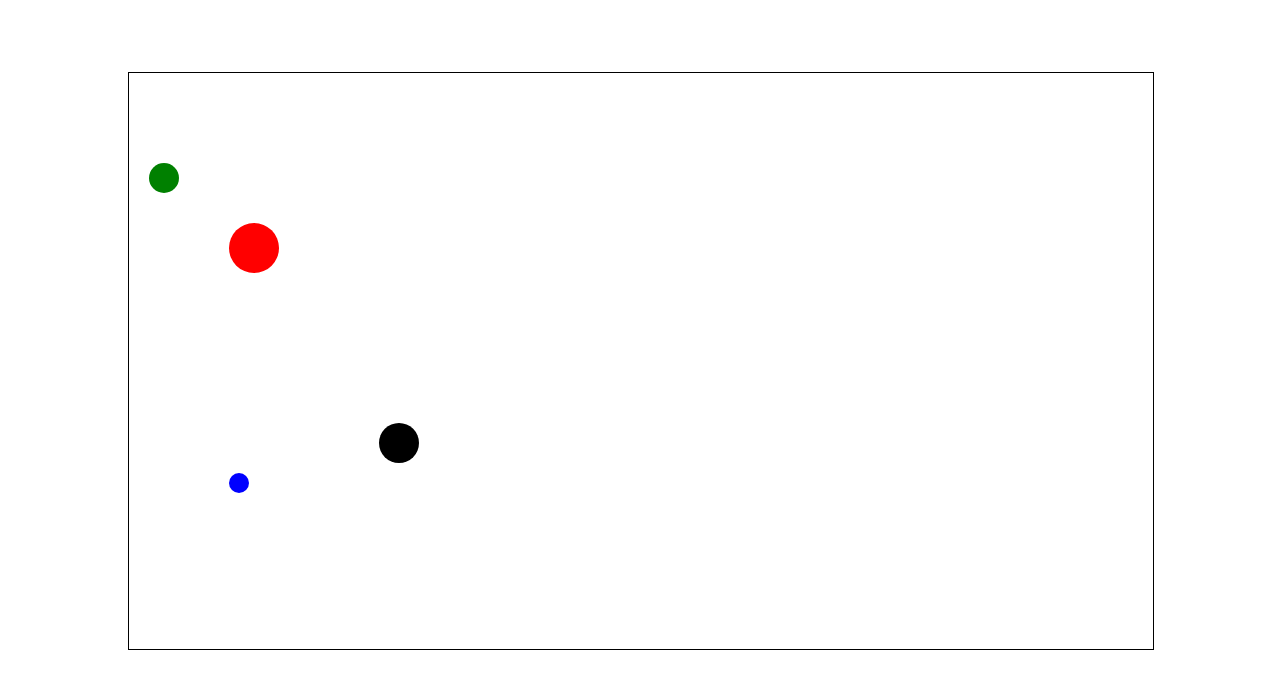
Repository: themoomooo/testgitajout
Page: index.html
The author's editor kept a copy of each file at every save. The page is drawn from the files as they stood at one save, then again after the next save.
The browser window is 1280 px wide. The pictures show the whole page.

Above is the page before, as saved 2023-01-23 16:47:18.

### index.html
<!DOCTYPE html>
<html lang="en">
<head>
    <meta charset="UTF-8">
    <meta http-equiv="X-UA-Compatible" content="IE=edge">
    <meta name="viewport" content="width=device-width, initial-scale=1.0">
    <title>Document</title>
</head>
<body>
    <main style="position:absolute; top:10%; left:10%; width:80%;height:80%;border:1px solid #000; overflow:hidden"></main>

<script src="main.js"></script>
</body>

</html>

### main.js


let terrain = document.querySelector('main');

class Ball {
    constructor(x,y,width, height, color, radius){
        this.x=x;
        this.y=y;
        this.width = width;
        this.height = height;
        this.color = color;
        this.radius = radius;
        this.monojectDom = null;

        this.setOjectDom();
    }

    setOjectDom(){
        this.monOjectDom = document.createElement('div');
        this.monOjectDom.style = `position:relative ; top:${this.y}px ; left:${this.x}px; width:${this.width}px ; height:${this.height}px ; background:${this.color}; border-radius:${this.radius}px`;
    }
    getOjectDom(){

        return this.monOjectDom;

    }
    move(){
        this.x += 15;
        this.monOjectDom.style.left = `${this.x}px`;
    }

}




class Prog {

   constructor(terrain){
       this.terrain = terrain;
       this.balles = [];

   }
   add(ball){
    this.balles.push(ball);

   }

   run() {
    this.balles.forEach((ball)=>{
        this.terrain.appendChild(ball.getOjectDom());
    });
    /* this.interval = setInterval(this.move, 1000); */
    }

    move(){

        this.balles.forEach((ball)=>{
            ball.move();
        });

    for (let i = 0; i < this.balles.length; i++) {
        this.balles[i].move();
       }
    }
}




const monBallon = new Ball(100,150,50,50,'red',25);
const monBallon2 = new Ball(100,350,20,20,'blue',10);
const monBallon3 = new Ball(20,20,30,30,'green',15);
const monBallon4 = new Ball(250,250,40,40,'black',20);
const monprog = new Prog (terrain);
monprog.add(monBallon);
monprog.add(monBallon2);
monprog.add(monBallon3);
monprog.add(monBallon4);
monprog.run();


/*
document.body.append(monBallon.getOjectDom(), monBallon2.getOjectDom());
 */

After the next save:
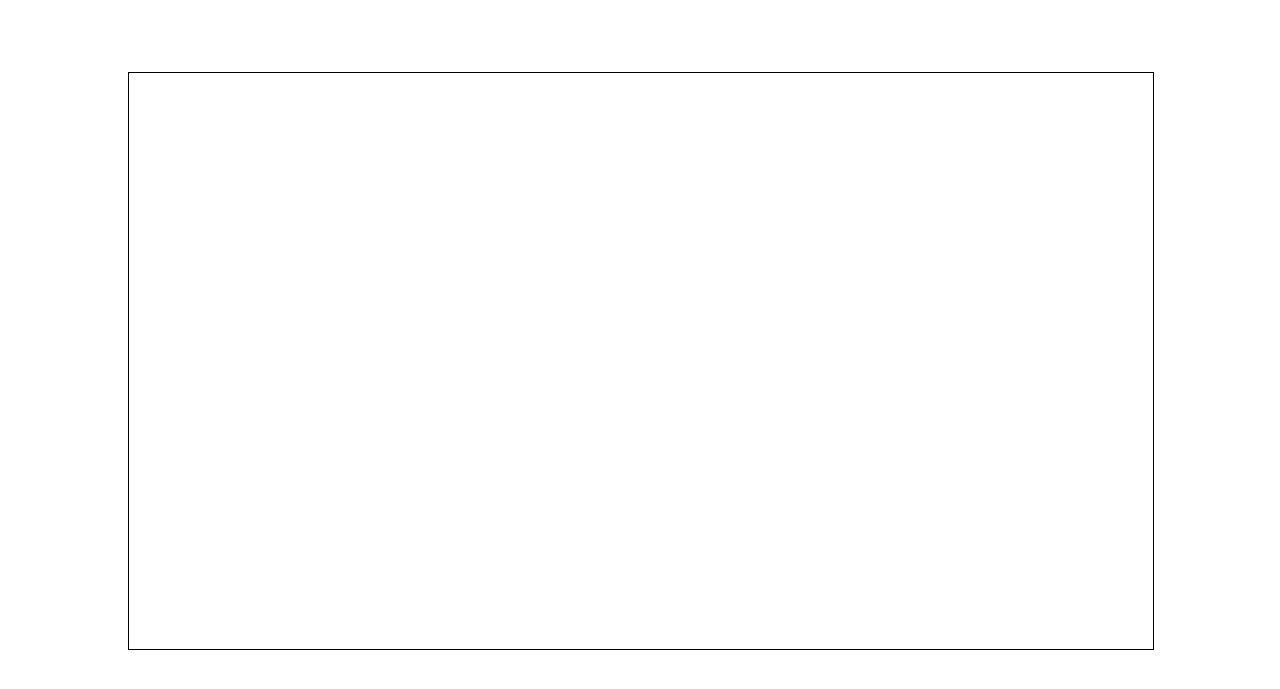
Console error: SyntaxError: Unexpected identifier 'monBallon'
Saved 4 s later.
--- a/main.js
+++ b/main.js
@@ -59,10 +59,10 @@
             ball.move();
         });
 
-    for (let i = 0; i < this.balles.length; i++) {
+   /*  for (let i = 0; i < this.balles.length; i++) {
         this.balles[i].move();
        }
-    }
+    } */
 }
 
 

After the save that followed:
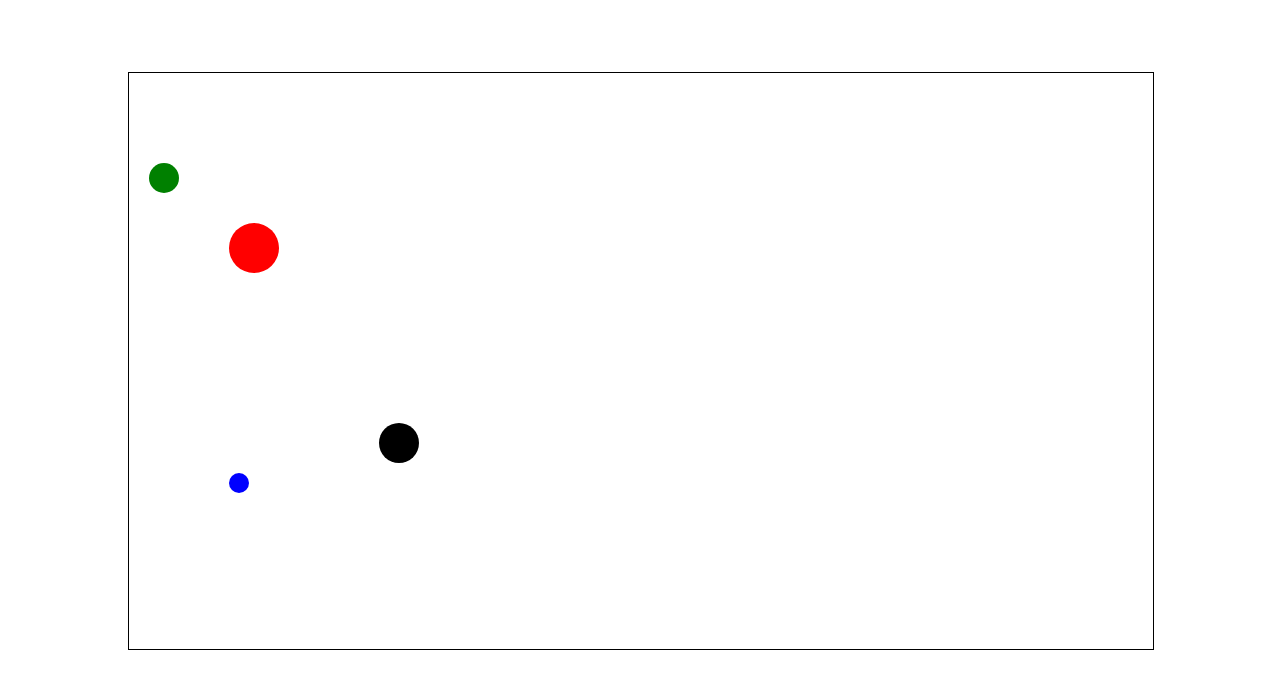
The error is gone.
Saved 54 s later.
--- a/main.js
+++ b/main.js
@@ -64,7 +64,7 @@
        }
     } */
 }
-
+}
 
 
 
